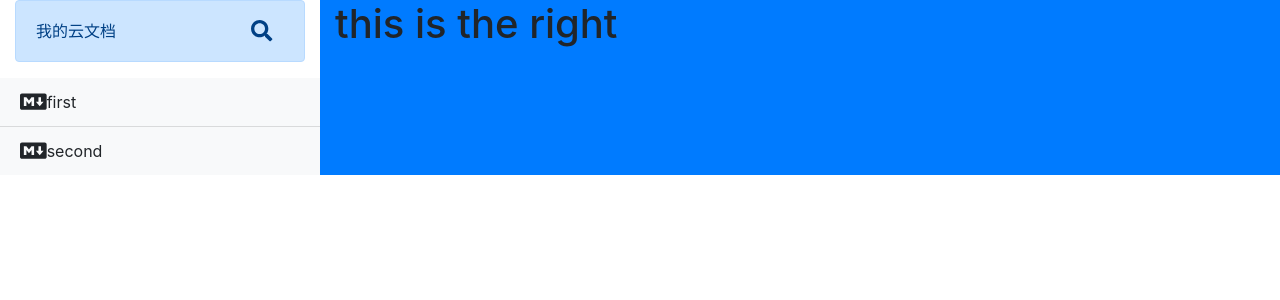
Repository: weijie-he/clould-doc
Page: /
An editor plug-in stored every save of this project. The page is shown before and after a run of saves, followed by the edit.
The browser window is 1280 px wide. The pictures show the whole page.
The project was rebuilt for these pictures with package versions that can differ from the ones it lists, and the page was loaded fresh each time.

Above is the page before, as saved 2020-09-30 17:00:59.

### src/App.js
import React from 'react';
import FileSearch from './components/FileSearch';
import FileList from './components/FileList';
import {defaultFiles} from './utils/defaultFiles'
import './App.css';

function App() {
  return (
    <div className="App container-fluid">
      <div className="row">
        <div className="col-3 left-align">
          <FileSearch
          title={"我的云文档"}
          onFileSearch={(value)=>{console.log(value)}}
          />
          <FileList files={defaultFiles}/>
        </div>
        <div className="col-9 bg-primary right-align">
          <h1>this is the right</h1>
        </div>
      </div>
    </div>
  );
}

export default App;

### src/components/FileSearch.js
import React, {useState, useEffect, useRef} from "react"
import { Alert, Button} from 'react-bootstrap';
import { FontAwesomeIcon } from '@fortawesome/react-fontawesome'
import { faSearch, faTimes} from '@fortawesome/free-solid-svg-icons'

const FileSearch = ({title , onFileSearch}) => {
    const [inputActive, setInputActive] = useState(false)
    const [value, setValue] = useState("")

    const closeSearch = (event) => {
        event.preventDefault();
        setInputActive(false)
        setValue('')
    }

    let node = useRef(null)

    useEffect(()=>{
        const handleInputEvent = (event) => {
            const {keyCode} = event
            // 按下回车键
            if( keyCode === 13 && inputActive === true){
                onFileSearch(value)
            }
            // 按下esc
            else if( keyCode === 13 && inputActive === true){
                closeSearch(event)
            }
        }

        console.log(node)
        // 添加监听器 keyup 事件在按键被松开时触发。
        document.addEventListener('keyup',handleInputEvent)
        // 如果你的 effect 返回一个函数，React 将会在执行清除操作时调用它。
        return () => {
            document.removeEventListener('keyup',handleInputEvent)
        }
    })

    useEffect(()=>{
        if(inputActive){
            node.current.focus()
        }
    },[inputActive])


    return(
        <Alert variant={'primary'} className="d-flex justify-content-between align-items-center">
            { !inputActive &&
                <>
                    <span>{title}</span>
                    <Button
                    className={"icon-button"}
                    onClick={()=>setInputActive(true)}>
                    <FontAwesomeIcon
                        title={"搜索"}
                        icon={faSearch}
                        size={"lg"}
                    />
                    </Button>
                </>
            }
            { inputActive &&
                <>
                    <input
                        className="form-control"
                        value={value}
                        onChange={(e)=> setValue(e.target.value)}
                        ref={node}
                    />
                    <Button
                        className={"icon-button"}
                        onClick={closeSearch}>
                        <FontAwesomeIcon
                            title={"关闭"}
                            icon={faTimes}
                            size={"lg"}
                        />
                    </Button>
                </>
            }
        </Alert>
    )
}

export default FileSearch

### src/components/FileList.js
import React from 'react'
import { ListGroup } from 'react-bootstrap';
import { FontAwesomeIcon } from '@fortawesome/react-fontawesome'
import { faEdit, faTrash} from '@fortawesome/free-solid-svg-icons'
import { faMarkdown} from '@fortawesome/free-brands-svg-icons'


const FileList = ({files,onFileClick,onSaveEdit,onFileDelete})=>{
    return(
        <ListGroup variant="flush" className={"file-list"}>
            {
                files.map(file => (
                    <ListGroup.Item
                    className={"bg-light d-flex align-items-center file-item row"}
                    key={file.id}
                    >
                        <span>
                        <FontAwesomeIcon
                            title={"markdown"}
                            icon={faMarkdown}
                            size={"lg"}
                        />
                        </span>
                        <span>{file.title}</span>
                    </ListGroup.Item>
                ))
            }

        </ListGroup>
    )
}

export default FileList

### src/utils/defaultFiles.js
export const defaultFiles = [
    {
        id:"1",
        title:"first",
        body:"hehe",
        createAt:123
    },
    {
        id:"2",
        title:"second",
        body:"## hehe",
        createAt:123
    }
]

### src/App.css
.icon-button ,.icon-button:hover{
  background: none;
  border: none;
  color: inherit;
}

Loaded but not shown: public/index.html (common file); src/index.js (common file); src/index.css (common file); src/serviceWorker.js (common file)

After the next 6 saves:
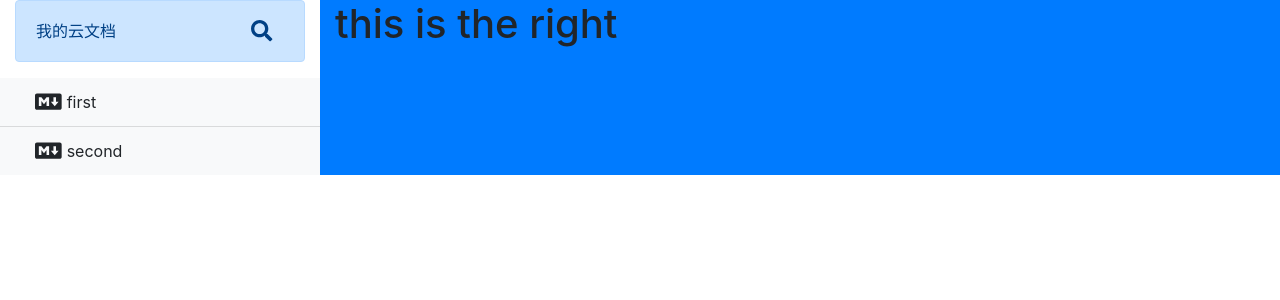
The 6 saves are shown as one change because 1 did not build or start and some came seconds apart.
The last was saved 19 s later.
--- a/src/components/FileList.js
+++ b/src/components/FileList.js
@@ -14,7 +14,7 @@ const FileList = ({files,onFileClick,onSaveEdit,onFileDelete})=>{
                     className={"bg-light d-flex align-items-center file-item row"}
                     key={file.id}
                     >
-                        <span>
+                        <span className="col-2">
                         <FontAwesomeIcon
                             title={"markdown"}
                             icon={faMarkdown}
